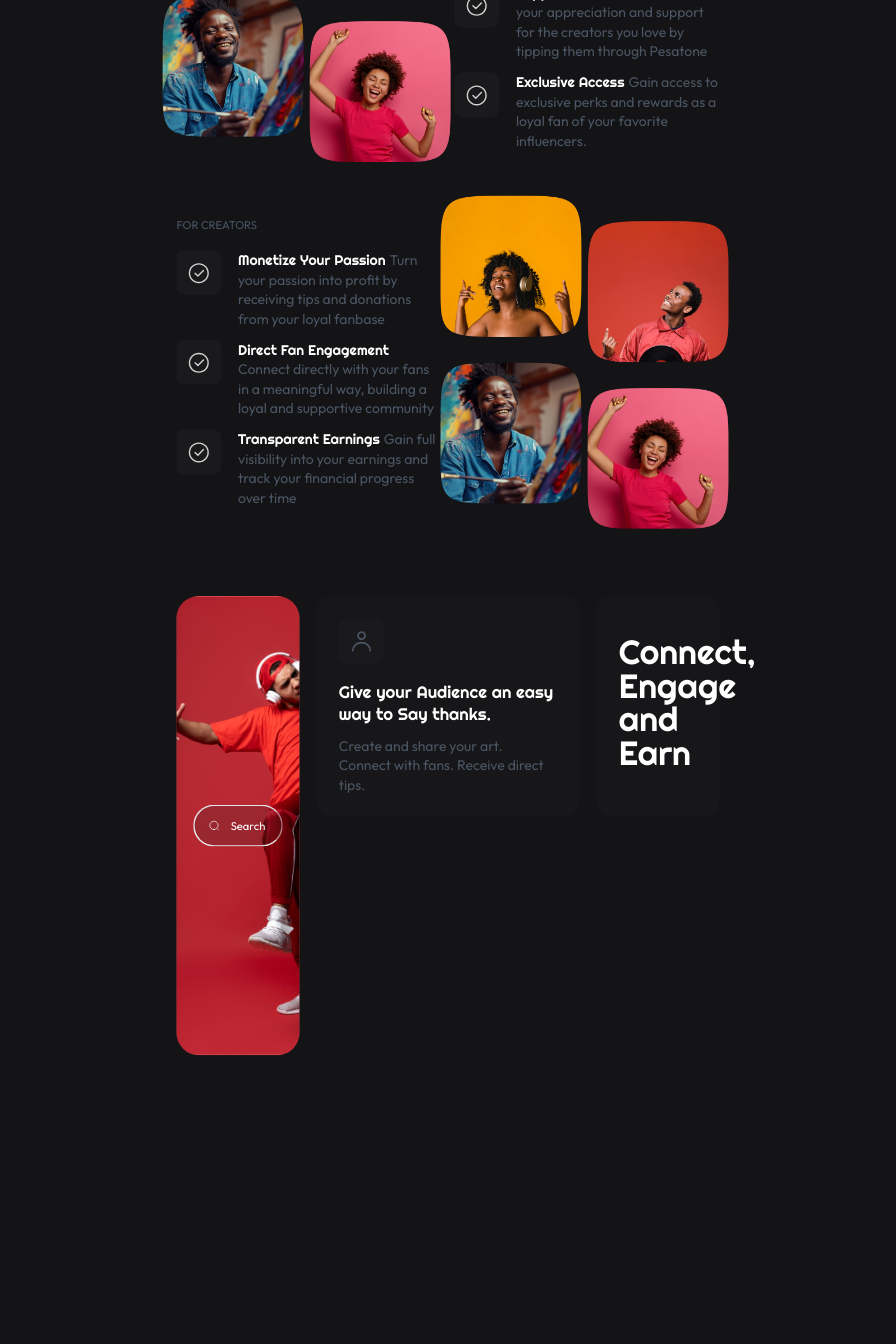
Repository: felixdusengimana/capstone-project-mirror
Page: / (app in frontend/)
An editor plug-in stored every save of this project. The page is shown before and after the next save, followed by the edit.
The browser window is 1280 px wide. The pictures show the part of the page from y = 2169 to 4089 px (the page is 4089 px tall), at 70% of full size.
The project was rebuilt for these pictures with package versions that can differ from the ones it lists, and the page was loaded fresh each time. The framework's server and built-in components were replaced by stand-ins that run in the browser. Also part of the build but not shown: frontend/next.config.mjs.

Above is the page before, as saved 2024-03-11 16:45:48.

### frontend/app/layout.tsx
import type { Metadata } from "next";
import { Righteous, Outfit } from "next/font/google";
import "./globals.css";

const outfit = Outfit({ subsets: ["latin"], variable: "--font-outfit" });
const righteous = Righteous({
  subsets: ["latin"],
  variable: "--font-righteous",
  weight: "400",
});

export const metadata: Metadata = {
  title: "Pesatone - Search and gift your favorite creators",
  description:
    "A place where fans show gratitude to the African content creators they love!",
};

export default function RootLayout({
  children,
}: Readonly<{
  children: React.ReactNode;
}>) {
  return (
    <html lang="en">
      <body className={`${outfit.variable} ${righteous.variable} font-sans`}>
        {children}
      </body>
    </html>
  );
}

### frontend/app/page.tsx
import Avatar from "@/components/atoms/Avatar";
import Headline from "@/components/atoms/Headline";
import Card from "@/components/molecules/Card";
import CardIcon from "@/components/molecules/CardIcon";
import Search from "@/components/molecules/Search";
import SmallCard from "@/components/molecules/SmallCard";
import Intro from "@/components/organisms/Intro";
import Navbar from "@/components/organisms/Navbar";
import Image from "next/image";
import React from "react";

export default function page() {
  return (
    <div className="py-[73px]">
      <Navbar />
      <Intro />
      <section className="mt-24 page-padding">
        <div className="max-w-[503px] mx-auto text-center">
          <h5 className="uppercase text-gray-600 mb-4">features</h5>
          <Headline className="text-4xl text-center">
            Unleash Your Influence with Our Exclusive Features
          </Headline>
        </div>
        <div className="grid grid-cols-3 gap-[18px] mt-12">
          <Card title="Secure Transactions" icon="secure">
            Pesatone employs advanced encryption for secure transactions,
            safeguarding you and your fans
          </Card>
          <Card title="Direct Engagement" icon="fast">
            Connect instantly with followers through Pesatone&apos;s
            user-friendly interface, fostering community and stronger
            relationships
          </Card>
          <Card title="Transparent Earnings" icon="dollar">
            Gain clear insight into earnings with Pesatone, easily tracking tips
            and donations for effective financial management
          </Card>
        </div>
      </section>

      <section className="mt-24 page-padding">
        <div className="max-w-[543px] mx-auto text-center">
          <h5 className="uppercase text-gray-600 mb-4">BENEFITS</h5>
          <Headline className="text-4xl text-center">
            Experience the Benefits: Pesatone for Fans and Creators
          </Headline>
        </div>
        <div className="grid grid-cols-2 gap-[18px] mt-12">
          <div className="grid grid-cols-2 w-fit">
            <Avatar
              alt="Profile 1"
              src="/profiles/profile4.png"
              size="2xl"
              circle={false}
              className="ml-[-20px]"
            />
            <Avatar
              alt="Profile 2"
              src={"/profiles/profile3.png"}
              size="2xl"
              circle={false}
              className="mt-[36px]"
            />
            <Avatar
              alt="Profile 3"
              src={"/profiles/profile2.png"}
              size="2xl"
              circle={false}
              className="ml-[-20px]"
            />
            <Avatar
              alt="Profile 4"
              src={"/profiles/profile1.png"}
              size="2xl"
              circle={false}
              className="mt-[36px]"
            />
          </div>
          <div className="flex flex-col justify-center">
            <h5 className="uppercase text-gray-600 mb-6">For Fans</h5>
            <div className="flex flex-col gap-4">
              <SmallCard icon="check" title="Direct Interaction">
                Engage directly with your favorite influencers, fostering a
                closer connection and deeper relationship
              </SmallCard>
              <SmallCard icon="check" title="Support Your Favorites">
                Show your appreciation and support for the creators you love by
                tipping them through Pesatone
              </SmallCard>
              <SmallCard icon="check" title="Exclusive Access ">
                Gain access to exclusive perks and rewards as a loyal fan of
                your favorite influencers.
              </SmallCard>
            </div>
          </div>
        </div>

        <div className="grid grid-cols-2 gap-[18px]  mt-12">
          <div className="flex flex-col justify-center">
            <h5 className="uppercase text-gray-600 mb-6">For creators</h5>
            <div className="flex flex-col gap-4">
              <SmallCard icon="check" title="Monetize Your Passion">
                Turn your passion into profit by receiving tips and donations
                from your loyal fanbase
              </SmallCard>
              <SmallCard icon="check" title="Direct Fan Engagement">
                Connect directly with your fans in a meaningful way, building a
                loyal and supportive community
              </SmallCard>
              <SmallCard icon="check" title="Transparent Earnings">
                Gain full visibility into your earnings and track your financial
                progress over time
              </SmallCard>
            </div>
          </div>
          <div className="grid grid-cols-2 ml-auto w-fit">
            <Avatar
              alt="Profile 1"
              src="/profiles/profile4.png"
              size="2xl"
              circle={false}
              className="ml-[-20px]"
            />
            <Avatar
              alt="Profile 2"
              src={"/profiles/profile3.png"}
              size="2xl"
              circle={false}
              className="mt-[36px]"
            />
            <Avatar
              alt="Profile 3"
              src={"/profiles/profile2.png"}
              size="2xl"
              circle={false}
              className="ml-[-20px]"
            />
            <Avatar
              alt="Profile 4"
              src={"/profiles/profile1.png"}
              size="2xl"
              circle={false}
              className="mt-[36px]"
            />
          </div>
        </div>
      </section>

      <section className="mt-24 page-padding">
        <div className="grid grid-cols-4 grid-rows-3 min-h-[862px] gap-6">
          <div className="bg-[url('/creator-bg.png')] bg-cover bg-no-repeat row-span-2 bg-red-400 rounded-[32px] px-6 flex items-center justify-center">
            <Search className="border-2 border-r-[#ffffff79] " />
          </div>
          <div className="col-span-2">
            <Card
              title="Give your Audience an easy way to Say thanks."
              icon="user"
              className="max-w-full"
            >
              Create and share your art. Connect with fans. Receive direct tips.
            </Card>
          </div>
          <Card title={<p className="text-5xl">Connect, Engage and Earn</p>}>
            {""}
          </Card>
        </div>
      </section>
    </div>
  );
}

### frontend/app/globals.css
@tailwind base;
@tailwind components;
@tailwind utilities;

:root {
  --bg: #141416;
  --bg-hover: #232326;
  --secondary-color: #17171A;
  --foreground-rgb: 0, 0, 0;
  --background-start-rgb: 214, 219, 220;
  --background-end-rgb: 255, 255, 255;
}

@media (prefers-color-scheme: dark) {
  :root {
    --foreground-rgb: 255, 255, 255;
    --background-start-rgb: 0, 0, 0;
    --background-end-rgb: 0, 0, 0;
  }
}

body {
  background: var(--bg);
  color: rgb(var(--foreground-rgb));
}

@layer utilities {
  .text-balance {
    text-wrap: balance;
  }
}

.page-padding {
  padding: 0 252px;
}

### frontend/components/atoms/Avatar.tsx
/* eslint-disable @next/next/no-img-element */
import { ComponentProps } from "react";
import Icon from "./Icon";

interface AvatarProps extends ComponentProps<"div"> {
  src: string;
  alt?: string;
  size?: "sm" | "md" | "lg" | "xl" | "2xl";
  circle?: boolean;
  bordered?: boolean;
  fallBackText?: string;
}
export default function Avatar({ ...props }: AvatarProps) {
  const {
    src,
    alt,
    size = "sm",
    circle = true,
    fallBackText,
    bordered,
    ...rest
  } = props;

  const sizeClasses = {
    sm: "w-10 h-10",
    md: "w-12 h-12",
    lg: "w-16 h-16",
    xl: "w-[150px] h-[150px]",
    "2xl": "w-[202px] h-[202px]",
  };

  return (
    <div
      {...rest}
      className={`${src ? "bg-transparent" : "bg-gray-100"} ${
        circle ? "rounded-full" : "rounded"
      } ${bordered ? "border-2 border-white" : ""} ${sizeClasses[size]} ${
        rest.className
      } flex items-center justify-center overflow-hidden`}
    >
      {src ? (
        <img
          src={src}
          alt={alt}
          className={`w-full ${sizeClasses[size]} object-cover`}
        />
      ) : fallBackText ? (
        fallBackText
      ) : (
        <Icon name="user" />
      )}
    </div>
  );
}

### frontend/components/atoms/Headline.tsx
import { ComponentProps } from "react";

interface HeadlineProps extends ComponentProps<"h1"> {}

export default function Headline({ ...props }: HeadlineProps) {
  return (
    <div className={`font-mono text-white ${props.className}`}>
      {props.children}
    </div>
  );
}

### frontend/components/molecules/Card.tsx
import { ComponentProps, ReactNode } from "react";
import { IconNames } from "../atoms/Icon";
import Headline from "../atoms/Headline";
import CardIcon from "./CardIcon";

interface CardProps {
  icon?: IconNames;
  title?: ReactNode | string;
  className?: string;
  children: ReactNode;
}

export default function Card({ ...props }: CardProps) {
  const { icon, title, ...rest } = props;
  return (
    <div className={`bg-[#171719] p-8 rounded-[23px]`}>
      {icon && <CardIcon icon={icon} />}
      <Headline className="text-2xl font-normal mt-6 max-w-[374px]">
        {title}
      </Headline>
      <p
        className={`text-gray-600 font-normal text-xl mt-4 max-w-[333px] ${props.className}`}
      >
        {props.children}
      </p>
    </div>
  );
}

### frontend/components/molecules/Search.tsx
"use client";
import { ComponentProps, useEffect, useState } from "react";
import Icon from "../atoms/Icon";

interface SearchProps extends ComponentProps<"div"> {
  placeholder?: string;
  onSearch?: (query: string) => void;
  onClear?: () => void;
}
export default function Search({
  placeholder = "Search for creators",
  onSearch,
  onClear,
  ...props
}: SearchProps) {
  const [query, setQuery] = useState("");

  // return value after 300ms
  useEffect(
    () => {
      const timer = setTimeout(() => {
        onSearch?.(query);
      }, 300);
      return () => clearTimeout(timer);
    },
    // eslint-disable-next-line react-hooks/exhaustive-deps
    [query]
  );

  return (
    <div
      {...props}
      className={`flex bg-[#2C2C3033] px-5 py-4 gap-4 rounded-full ${props.className}`}
    >
      <Icon name="search" onClick={() => onSearch?.(query)} />
      <input
        disabled
        type="text"
        placeholder={placeholder}
        className="w-full text-white placeholder:text-white bg-transparent outline-none"
        onChange={(e) => setQuery(e.target.value)}
      />
    </div>
  );
}

### frontend/components/molecules/SmallCard.tsx
import { ComponentProps } from "react";
import { IconNames } from "../atoms/Icon";
import CardIcon from "./CardIcon";

interface SmallCardProps extends ComponentProps<"div"> {
  icon: IconNames;
  title: string;
}

export default function SmallCard({ ...props }: SmallCardProps) {
  return (
    <div className="flex gap-6">
      <CardIcon icon={props.icon} />
      <p className="text-gray-600 font-normal text-xl">
        <span className="text-white font-mono">{props.title} </span>
        {props.children}
      </p>
    </div>
  );
}

### frontend/components/organisms/Intro.tsx
"use client";

import Headline from "@/components/atoms/Headline";
import Search from "@/components/molecules/Search";
import DownloadApp from "../molecules/DownloadApp";

export default function Intro() {
  return (
    <div className="grid grid-cols-2 pl-[252px]">
      <div className="mt-40">
        <Headline className="text-[64px] leading-[79.47px]">
          Search and gift your favorite creators
        </Headline>
        <p className="text-xl text-gray-600 max-w-[535px] mt-5">
          A place where fans show gratitude to the African content creators they
          love!
        </p>
        <Search className="max-w-[502px] mt-10" />

        <p className="text-gray-600 mt-24 text-base">
          Trusted Users <br />
          Rated 4.5 by 700K+ Customers
        </p>
        <div className="flex gap-6 mt-6">
          <DownloadApp os="android" />
          <DownloadApp os="ios" className="px-[42px]" />
        </div>
      </div>
      <div className="h-full w-full">
        {/* eslint-disable-next-line @next/next/no-img-element */}
        <img src="./home-bg.png" alt="" className="w-full h-full" />
      </div>
    </div>
  );
}

### frontend/components/organisms/Navbar.tsx
import Image from "next/image";
import Button from "../atoms/Button";
import Link from "next/link";

export default function Navbar() {
  return (
    <div className="page-padding flex justify-between items-center">
      <Link href={"/"} className="flex  items-center gap-2">
        <Image
          src="/logo-white.png"
          alt="PESATONElogo"
          width={40}
          height={40}
        />
        <p className="text-sm">ESATONE</p>
      </Link>
      <div className="flex items-center gap-6">
        <Link href={"/login"}>
          <Button variant="secondary" className="px-12">
            Login
          </Button>
        </Link>
        <Link href={"/join"}>
          <Button variant="white" className="font-semibold">
            Sign up free
          </Button>
        </Link>
      </div>
    </div>
  );
}

### frontend/components/molecules/CardIcon.tsx
import React from "react";
import Icon, { IconNames } from "../atoms/Icon";

export default function CardIcon({ icon }: { icon: IconNames }) {
  return (
    <div className="w-16 min-w-[64px] h-16 rounded-[11px] bg-[#1A1A1C] flex items-center justify-center">
      <Icon name={icon} />
    </div>
  );
}

### frontend/components/molecules/DownloadApp.tsx
import { ComponentProps } from "react";
import Icon from "../atoms/Icon";

interface DownloadAppProps extends ComponentProps<"div"> {
  os: "android" | "ios";
}

export default function DownloadApp({ os, ...props }: DownloadAppProps) {
  return (
    <div
      {...props}
      className={`flex items-center gap-4 px-10 py-4 border border-[#202024] bg-[#202024] rounded-full cursor-pointer min-w-[202.09px]`}
    >
      <Icon name={os == "android" ? "google-play" : "apple-store"} />
      <div>
        <p className="text-[#DBDBDB] font-medium text-[10px]">
          {os == "android" ? "Get it On" : "Download on the"}
        </p>
        <h3 className="text-[#DBDBDB] font-bold text-sm">
          {os == "android" ? "Google Play" : "App Store"}
        </h3>
      </div>
    </div>
  );
}

### frontend/components/atoms/Button.tsx
import { ComponentProps } from "react";

interface ButtonProps extends ComponentProps<"button"> {
  variant?: "dark" | "white" | "blurred" | "secondary";
  size?: "sm" | "md" | "lg";
  bordered?: boolean;
}

export default function Button({ ...props }: ButtonProps) {
  const { variant = "dark", size = "md", bordered = false } = props;

  const variantClasses = {
    dark: "bg-black text-white",
    white: "bg-white text-black",
    secondary: "bg-secondary text-white",
    blurred: "bg-blurred text-white",
  };

  const sizeClasses = {
    sm: "px-2 py-1",
    md: "px-8 py-4",
    lg: "px-6 py-3",
  };

  const borderClasses = bordered ? "border border-black" : "";

  return (
    <button
      {...props}
      className={`text-xl font-normal rounded-full ${variantClasses[variant]} ${sizeClasses[size]} ${borderClasses} ${props.className}`}
    >
      {props.children}
    </button>
  );
}

### frontend/tailwind.config.ts
import type { Config } from "tailwindcss";

const config: Config = {
  content: [
    "./pages/**/*.{js,ts,jsx,tsx,mdx}",
    "./components/**/*.{js,ts,jsx,tsx,mdx}",
    "./app/**/*.{js,ts,jsx,tsx,mdx}",
  ],
  theme: {
    extend: {
      // backgroundImage: {
      //   "gradient-radial": "radial-gradient(var(--tw-gradient-stops))",
      //   "gradient-conic":
      //     "conic-gradient(from 180deg at 50% 50%, var(--tw-gradient-stops))",
      // },
      fontFamily: {
        sans: ["var(--font-outfit)"],
        mono: ["var(--font-righteous)"],
      },
      colors: {
        secondary: "var(--secondary-color)",
      },
    },
  },
  plugins: [],
};
export default config;

Loaded but not shown: frontend/components/atoms/Icon.tsx (241 lines, source omitted)

After the next save:
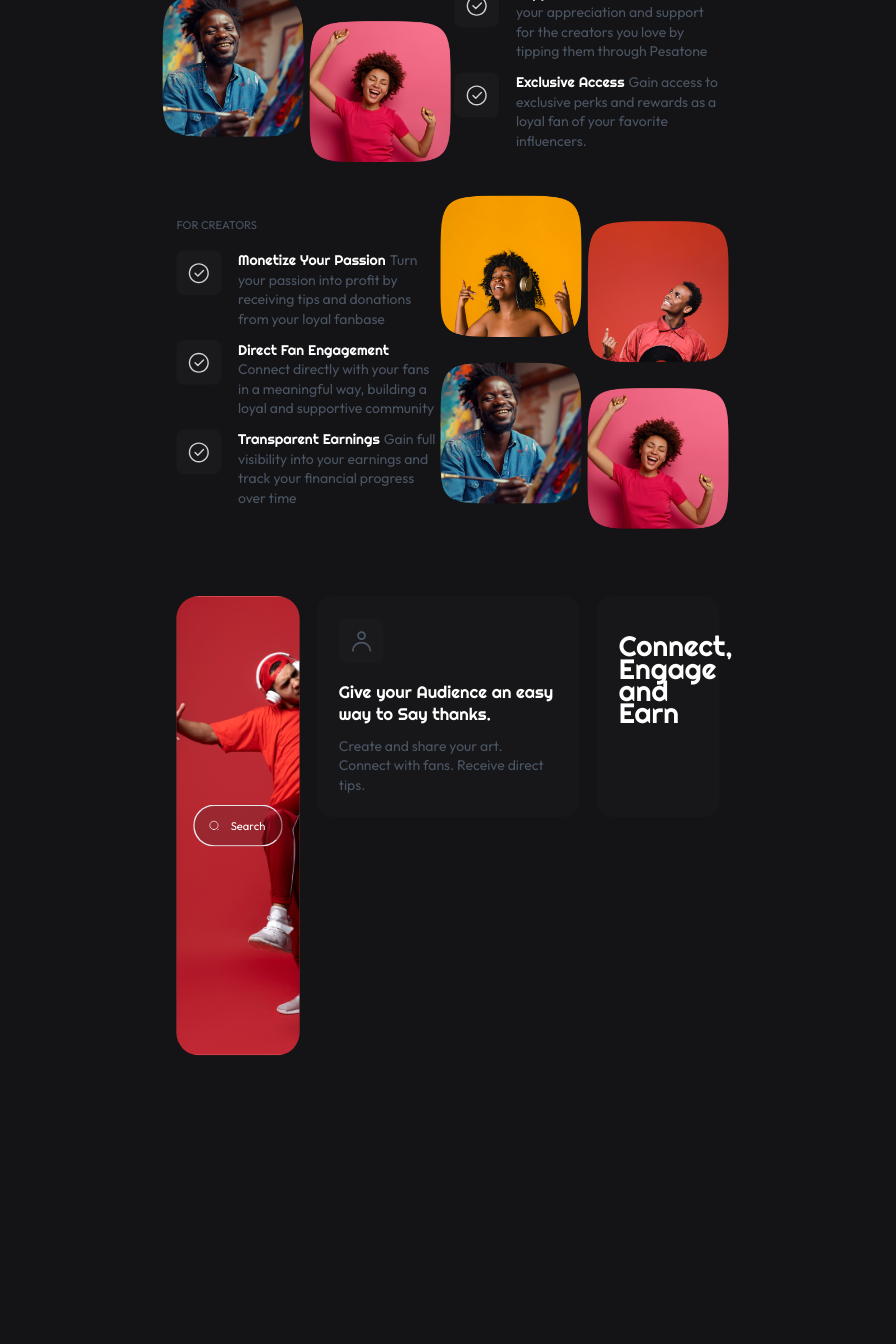
Saved 4 s later.
--- a/frontend/app/page.tsx
+++ b/frontend/app/page.tsx
@@ -160,7 +160,7 @@ export default function page() {
               Create and share your art. Connect with fans. Receive direct tips.
             </Card>
           </div>
-          <Card title={<p className="text-5xl">Connect, Engage and Earn</p>}>
+          <Card title={<p className="text-[40px]">Connect, Engage and Earn</p>}>
             {""}
           </Card>
         </div>
